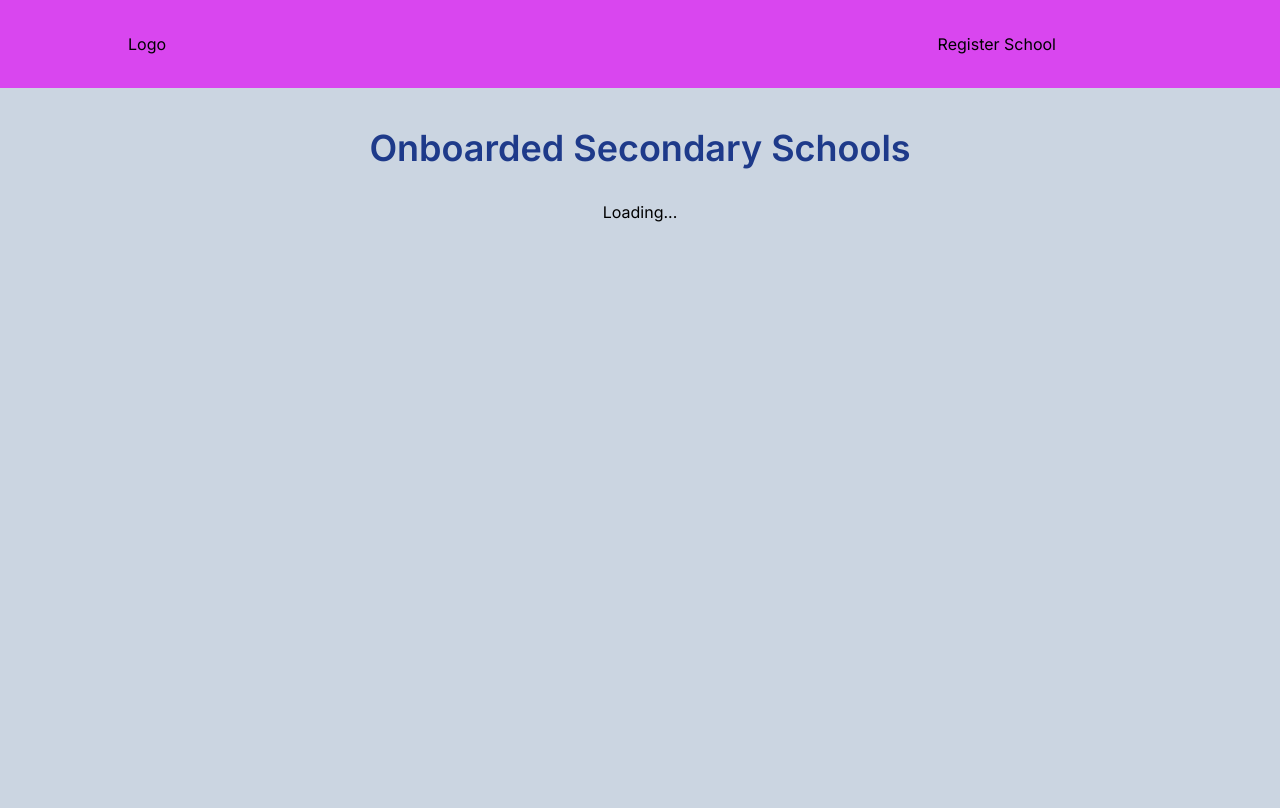
Repository: marcusdashe/fullstack-ts
Page: /
These files come from the project's save history. The page is drawn as it stood at one moment and after the next save; the edit follows.
The browser window is 1280 px wide. The pictures show the whole page.
The page's requests for data from a server got no answer. The project was rebuilt for these pictures with package versions that can differ from the ones it lists, and the page was loaded fresh each time. The framework's server and built-in components were replaced by stand-ins that run in the browser. No one was signed in, and anything a server would have sent is missing. Also part of the build but not shown: next.config.js, app/components/SchoolCard.tsx.

Above is the page before, as saved 2023-07-28 09:51:28.

### app/layout.tsx
import "./globals.css";
import type { Metadata } from "next";
import { Inter } from "next/font/google";
import Navbar from "./components/NavBar";

const inter = Inter({
  weight: ["400", "600"],
  subsets: ["latin"],
});

export const metadata: Metadata = {
  title: "SMP",
  description: "School Management System for Secondary School",
  keywords: ["smp", "lms", "marcus"],
};

export default function RootLayout({
  children,
}: {
  children: React.ReactNode;
}) {
  return (
    <html lang="en">
      <body className={inter.className}>
        <Navbar />
        {children}
      </body>
    </html>
  );
}

### app/page.tsx
import Image from "next/image";
import React from "react";
import Head from "next/head";
import SchoolListed from "@/app/components/SchoolListed";

export default function Home() {
  return (
    <div className="bg-slate-300 min-h-screen">
      <Head>
        <title>School List</title>
        <meta name="description" content="A school management system" />
      </Head>

      <main className="container mx-auto py-10 px-4 flex flex-col items-center justify-center">
        <h1 className="text-4xl font-bold mb-8 text-blue-900">
          Onboarded Secondary Schools
        </h1>
        <SchoolListed />
      </main>
    </div>
  );
}

### app/components/NavBar.tsx
"use client";

import React from "react";
import { useRouter } from "next/router";
import Link from "next/link";
// import Logo from "./Logo";
// import { TwitterIcon, GithubIcon, LinkedInIcon } from "./Icons";
// import { motion } from "framer-motion";

type CustomLinkProps = {
  href: string;
  title: string;
  className: string | object;
};

const CustomLink = ({ href, title, className = "" }: CustomLinkProps) => {
  //   const router = useRouter();

  return (
    <Link href={href} className={`${className} relative group`}>
      {title}
      <span
        className={`h-[1px] inline-block bg-dark absolute left-0 -bottom-0.5 group-hover:w-full transition-[width] ease duration-300 ${
          "w-0" //   router.asPath === href ? "w-full" : "w-0"
        }`}
      >
        &nbsp;
      </span>
    </Link>
  );
};

const Navbar: React.FC = () => {
  return (
    <header
      className="w-full px-32 py-8 font-medium
            flex items-center justify-between sticky top-0 z-10 bg-fuchsia-500"
    >
      <nav>
        <CustomLink href="/" title="Logo" className="mr-4" />
        {/* <CustomLink href="/about" title="About" className="mx-4" /> */}
      </nav>

      <nav className="flex items-center justify-center flex-wrap">
        <a href="/school" className="w-max-content mx-3">
          Register School
        </a>
        <a
          href="https://www.linkedin.com/in/marcus-dashe-15a088202"
          target={"_blank"}
          className="w-6 mx-3"
        ></a>
        <a
          href="https://www.github.com/marcusdashe"
          target={"_blank"}
          className="w-6 ml-3"
        >
          {/* <GithubIcon /> */}
        </a>
      </nav>
      <div className="absolute left-[50%] top-2 translate-x-[-50]">
        {/* <Logo /> */}
      </div>
    </header>
  );
};

export default Navbar;

### app/components/SchoolListed.tsx
"use client";

import React, { useState, useEffect } from "react";
import SchoolService, { School } from "@/app/services/api/school.service";
import SchoolCard from "@/app/components/SchoolCard";

const SchoolListed: React.FC = () => {
  const [schoolArray, setSchoolArray] = useState<School[]>([]);
  const [loading, setLoading] = useState<Boolean>(true);

  useEffect(() => {
    const fetchSchools = async () => {
      try {
        const response = await SchoolService.fetchAllSchools();
        // if (response.statusText !== "ok")
        //   throw Error("Did not receive expected data");
        console.log(response.data);
        setSchoolArray(response.data);
      } catch (error: any) {
        console.log(error.message);
      } finally {
        setLoading(false);
      }
    };
    setTimeout(() => {
      (async () => await fetchSchools())();
    }, 2000);
  }, []);
  return (
    <>
      <div className="grid grid-cols-1">
        {schoolArray.length > 0 ? (
          <>
            {schoolArray.map((school: School) => (
              <SchoolCard key={school.schoolEmail} {...school} />
            ))}
          </>
        ) : (
          <>
            <p>Loading...</p>
          </>
        )}
      </div>
    </>
  );
};

export default SchoolListed;

### app/services/api/school.service.ts
import axios, { AxiosResponse } from "axios";
import config from "../config";

export interface School {
  schoolName: string;
  schoolAddress: string;
  schoolPhoneNumber: string;
  schoolWebsite: string;
  schoolEmail: string;
  schoolLogo: string;
}

const API_URL: string = config.API_BASE_URL;

class SchoolService {
  static client = axios.create({
    baseURL: API_URL,
  });

  async registerSchool(school: School): Promise<AxiosResponse<School>> {
    const response = await SchoolService.client.post<School>(
      "/schools/create",
      school
    );
    return response;
  }

  async fetchAllSchools(): Promise<AxiosResponse<School[]>> {
    const response = await SchoolService.client.get<School[]>("/schools/all");
    return response;
  }

  async fetchSchoolById(id: number): Promise<AxiosResponse<School>> {
    const response = await SchoolService.client.get<School>(`/school/${id}`);
    return response;
  }

  async updateSchool6(
    school: School,
    id: number
  ): Promise<AxiosResponse<School>> {
    const response = await SchoolService.client.put<School>(
      `/schools/${id}`,
      school
    );
    return response;
  }

  async delSchoolById(id: number): Promise<AxiosResponse<void>> {
    const response = await SchoolService.client.delete<void>(`/schools/${id}`);
    return response;
  }

  async fetchSchoolByName(schoolName: string): Promise<AxiosResponse<School>> {
    const response = await SchoolService.client.get<School>(
      `/schools/byName/${schoolName}`
    );
    return response;
  }

  async fetchSchoolByPhoneNumber(
    phoneNumber: string
  ): Promise<AxiosResponse<School>> {
    const response = await SchoolService.client.get<School>(
      `/schools/byPhoneNumber/${phoneNumber}`
    );
    return response;
  }

  async fetchSchoolByWebsite(
    schoolWebsite: string
  ): Promise<AxiosResponse<School>> {
    const response = await SchoolService.client.get<School>(
      `/schools/byWebsite/${schoolWebsite}`
    );
    return response;
  }

  async fetchSchoolByEmail(email: string): Promise<AxiosResponse<School>> {
    const response = await SchoolService.client.get<School>(
      `/schools/byEmail/${email}`
    );
    return response;
  }
}

export default new SchoolService();

### app/services/config.ts
export default {
  API_BASE_URL:
    `${process.env.NEXT_PUBLIC_BACKEND_BASE_URL}/api-v1` ||
    "http://localhost:8000/api-v1",
};

Loaded but not shown: app/globals.css (common file); tailwind.config.js (common file)

After the next save:
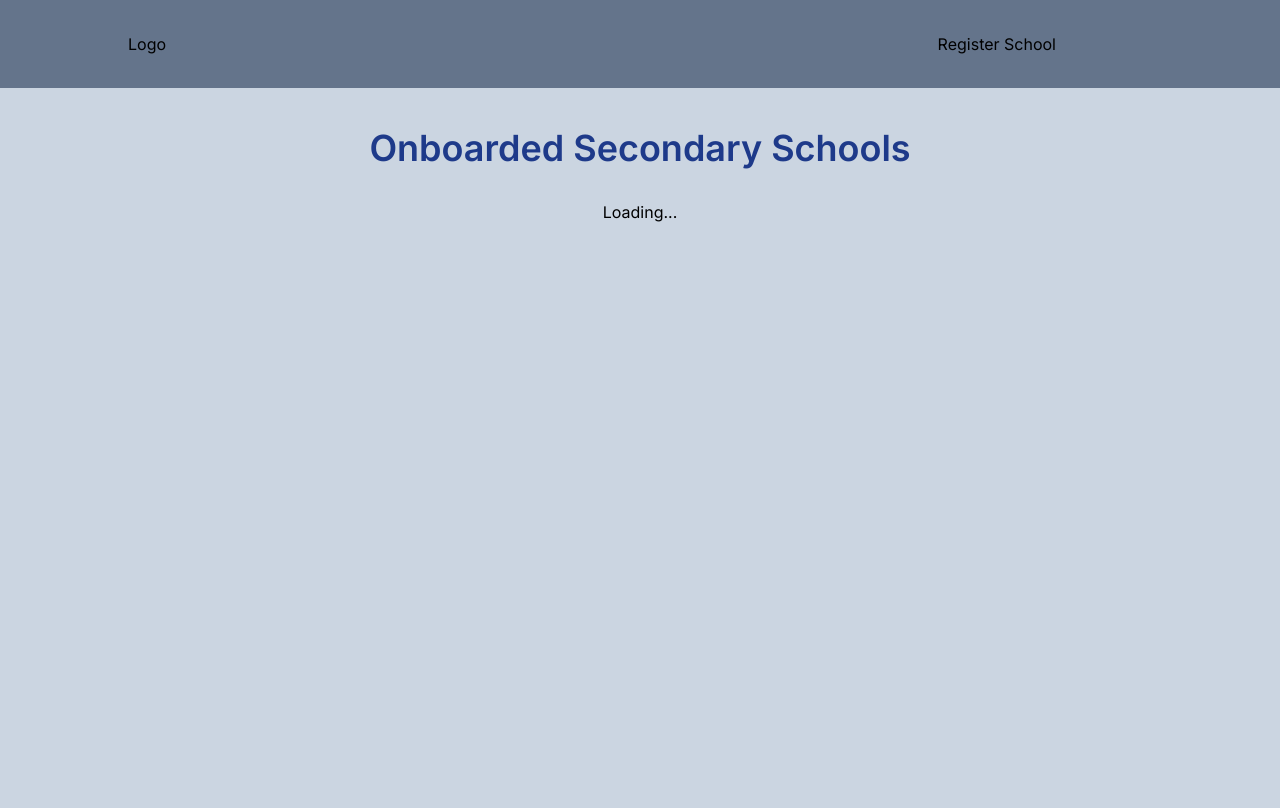
Saved 18 s later.
--- a/app/components/NavBar.tsx
+++ b/app/components/NavBar.tsx
@@ -34,7 +34,7 @@ const Navbar: React.FC = () => {
   return (
     <header
       className="w-full px-32 py-8 font-medium
-            flex items-center justify-between sticky top-0 z-10 bg-fuchsia-500"
+            flex items-center justify-between sticky top-0 z-10 bg-slate-500"
     >
       <nav>
         <CustomLink href="/" title="Logo" className="mr-4" />
